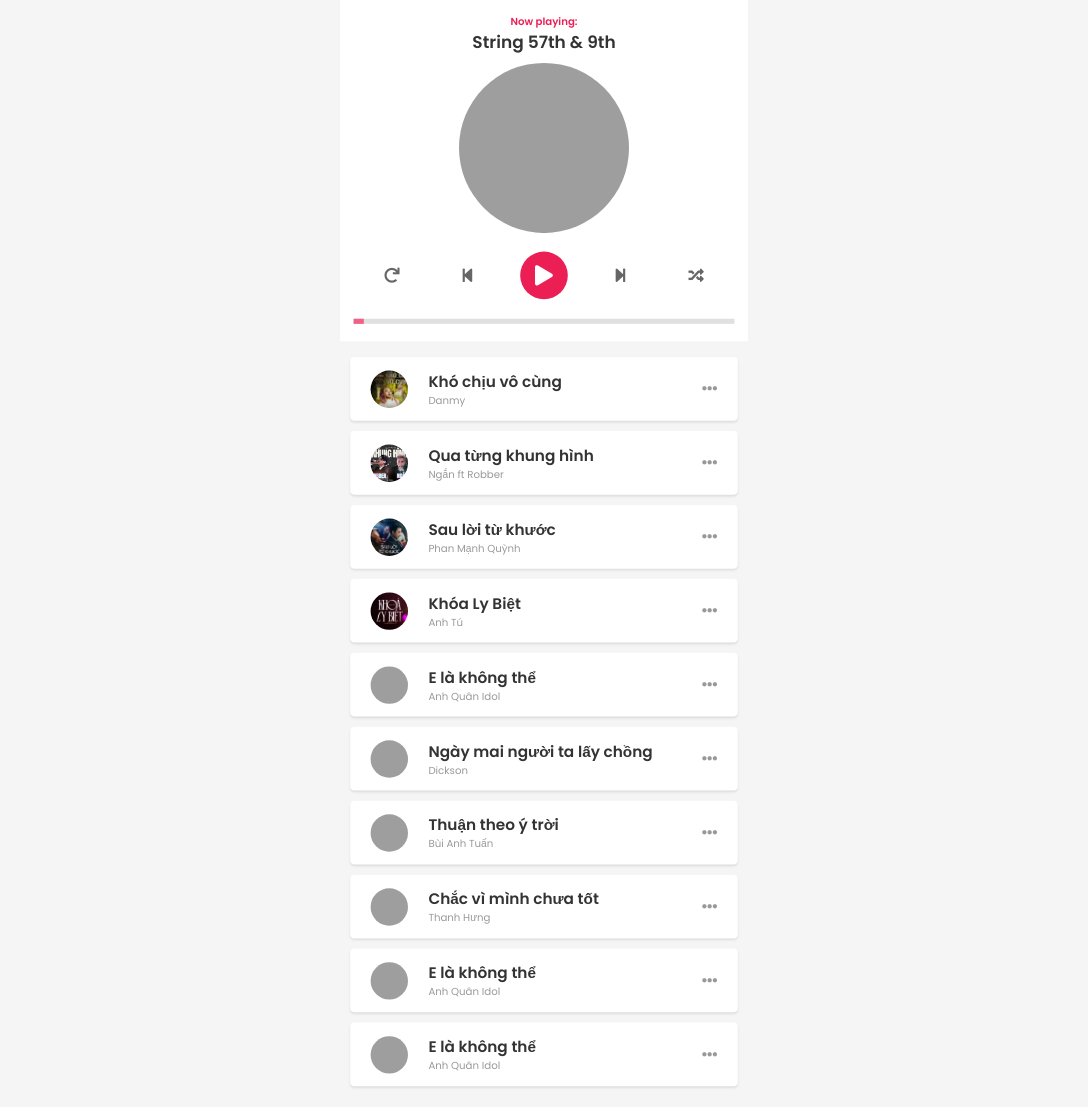
Repository: vothanhdiennn/music-player
Page: index.html
An editor plug-in stored every save of this project. The page is shown before and after the next save, followed by the edit.
The browser window is 1280 px wide. The pictures show the whole page, at 85% of full size.
Pictures or frames that could not be fetched are drawn as grey boxes.

Above is the page before, as saved 2024-12-04 09:38:55.

### index.html
<!DOCTYPE html>
<html lang="en">
  <head>
    <meta charset="UTF-8" />
    <meta name="viewport" content="width=device-width, initial-scale=1.0" />
    <title>Music Player</title>
    <link rel="stylesheet" href="./assets/css/main.css" />
    <link
      rel="stylesheet"
      href="https://cdnjs.cloudflare.com/ajax/libs/font-awesome/5.15.2/css/all.min.css"
      integrity="sha512-HK5fgLBL+xu6dm/Ii3z4xhlSUyZgTT9tuc/hSrtw6uzJOvgRr2a9jyxxT1ely+B+xFAmJKVSTbpM/CuL7qxO8w=="
      crossorigin="anonymous"
    />
    <link rel="preconnect" href="https://fonts.gstatic.com" />
    <link
      href="https://fonts.googleapis.com/css2?family=Poppins:wght@300;400;600&display=swap"
      rel="stylesheet"
    />
  </head>
  <body>
    <div class="player">
      <!-- Dashboard -->
      <div class="dashboard">
        <!-- Header -->
        <header>
          <h4>Now playing:</h4>
          <h2>String 57th & 9th</h2>
        </header>

        <!-- CD -->
        <div class="cd">
          <div
            class="cd-thumb"
            style="
              background-image: url('https://i.ytimg.com/vi/jTLhQf5KJSc/maxresdefault.jpg');
            "
          ></div>
        </div>

        <!-- Control -->
        <div class="control">
          <div class="btn btn-repeat">
            <i class="fas fa-redo"></i>
          </div>
          <div class="btn btn-prev">
            <i class="fas fa-step-backward"></i>
          </div>
          <div class="btn btn-toggle-play">
            <i class="fas fa-pause icon-pause"></i>
            <i class="fas fa-play icon-play"></i>
          </div>
          <div class="btn btn-next">
            <i class="fas fa-step-forward"></i>
          </div>
          <div class="btn btn-random">
            <i class="fas fa-random"></i>
          </div>
        </div>

        <input
          id="progress"
          class="progress"
          type="range"
          value="0"
          step="1"
          min="0"
          max="100"
        />

        <audio id="audio" src=""></audio>
      </div>

      <!-- Playlist -->
      <div class="playlist">
        <div class="song">
          <div
            class="thumb"
            style="
              background-image: url('https://i.ytimg.com/vi/jTLhQf5KJSc/maxresdefault.jpg');
            "
          ></div>
          <div class="body">
            <h3 class="title">Music name</h3>
            <p class="author">Singer</p>
          </div>
          <div class="option">
            <i class="fas fa-ellipsis-h"></i>
          </div>
        </div>
        <div class="song">
          <div
            class="thumb"
            style="
              background-image: url('https://i.ytimg.com/vi/jTLhQf5KJSc/maxresdefault.jpg');
            "
          ></div>
          <div class="body">
            <h3 class="title">Music name</h3>
            <p class="author">Singer</p>
          </div>
          <div class="option">
            <i class="fas fa-ellipsis-h"></i>
          </div>
        </div>
        <div class="song">
          <div
            class="thumb"
            style="
              background-image: url('https://i.ytimg.com/vi/jTLhQf5KJSc/maxresdefault.jpg');
            "
          ></div>
          <div class="body">
            <h3 class="title">Music name</h3>
            <p class="author">Singer</p>
          </div>
          <div class="option">
            <i class="fas fa-ellipsis-h"></i>
          </div>
        </div>
      </div>
    </div>

    <!-- Design from: https://static.collectui.com/shots/3671744/musicloud-revolutionary-app-for-music-streaming-large -->

    <script src="./assets/js/app.js"></script>
  </body>
</html>

### assets/css/main.css
:root {
  --primary-color: #ec1f55;
  --text-color: #333;
}

* {
  padding: 0;
  margin: 0;
  box-sizing: inherit;
}

body {
  background-color: #f5f5f5;
}

html {
  box-sizing: border-box;
  font-family: "Poppins", sans-serif;
}

.player {
  position: relative;
  max-width: 480px;
  margin: 0 auto;
}

.player .icon-pause {
  display: none;
}

.player.playing .icon-pause {
  display: inline-block;
}

.player.playing .icon-play {
  display: none;
}

.dashboard {
  padding: 16px 16px 14px;
  background-color: #fff;
  position: fixed;
  top: 0;
  width: 100%;
  max-width: 480px;
  border-bottom: 1px solid #ebebeb;
}

/* HEADER */
header {
  text-align: center;
  margin-bottom: 10px;
}

header h4 {
  color: var(--primary-color);
  font-size: 12px;
}

header h2 {
  color: var(--text-color);
  font-size: 20px;
}

/* CD */
.cd {
  display: flex;
  margin: auto;
  width: 200px;
}

.cd-thumb {
  width: 100%;
  padding-top: 100%;
  border-radius: 50%;
  background-color: #333;
  background-size: cover;
  margin: auto;
}

/* CONTROL */
.control {
  display: flex;
  align-items: center;
  justify-content: space-around;
  padding: 18px 0 8px 0;
}

.control .btn {
  color: #666;
  padding: 18px;
  font-size: 18px;
}

.control .btn.active {
  color: var(--primary-color);
}

.control .btn-toggle-play {
  width: 56px;
  height: 56px;
  border-radius: 50%;
  font-size: 24px;
  color: #fff;
  display: flex;
  align-items: center;
  justify-content: center;
  background-color: var(--primary-color);
}

.progress {
  width: 100%;
  -webkit-appearance: none;
  height: 6px;
  background: #d3d3d3;
  outline: none;
  opacity: 0.7;
  -webkit-transition: 0.2s;
  transition: opacity 0.2s;
}

.progress::-webkit-slider-thumb {
  -webkit-appearance: none;
  appearance: none;
  width: 12px;
  height: 6px;
  background-color: var(--primary-color);
  cursor: pointer;
}

/* PLAYLIST */
.playlist {
  margin-top: 408px;
  padding: 12px;
}

.song {
  display: flex;
  align-items: center;
  margin-bottom: 12px;
  background-color: #fff;
  padding: 8px 16px;
  border-radius: 5px;
  box-shadow: 0 2px 3px rgba(0, 0, 0, 0.1);
}

.song.active {
  background-color: var(--primary-color);
}

.song:active {
  opacity: 0.8;
}

.song.active .option,
.song.active .author,
.song.active .title {
  color: #fff;
}

.song .thumb {
  width: 44px;
  height: 44px;
  border-radius: 50%;
  background-size: cover;
  margin: 0 8px;
}

.song .body {
  flex: 1;
  padding: 0 16px;
}

.song .title {
  font-size: 18px;
  color: var(--text-color);
}

.song .author {
  font-size: 12px;
  color: #999;
}

.song .option {
  padding: 16px 8px;
  color: #999;
  font-size: 18px;
}

### assets/js/app.js
/**
 * render songs
 * scroll top
 * play / pause / seek
 * cd rotate
 * next / prev
 * random
 * next / repeat when ended
 * active songs
 * scroll active song into view
 * play song when click
 */

const $ = document.querySelector.bind(document);
const $$ = document.querySelectorAll.bind(document);

const app = {
  songs: [
    {
      name: "Khó chịu vô cùng",
      singer: "Danmy",
      path: "/assets/music/song1.mp3",
      image: "/assets/img/img1.png",
    },
    {
      name: "Qua từng khung hình",
      singer: "Ngắn ft Robber",
      path: "/assets/music/song2.mp3",
      image: "/assets/img/img2.png",
    },
    {
      name: "Sau lời từ khước",
      singer: "Phan Mạnh Quỳnh",
      path: "/assets/music/song3.mp3",
      image: "/assets/img/img3.jpg",
    },
    {
      name: "Khóa Ly Biệt",
      singer: "Anh Tú",
      path: "/assets/music/song4.mp3",
      image: "/assets/img/img4.jpg",
    },
    {
      name: "E là không thể",
      singer: "Anh Quân Idol",
      path: "/assets/music/song5.mp3",
      image: "/assets/img/img5.jpg",
    },
    {
      name: "Ngày mai người ta lấy chồng",
      singer: "Dickson",
      path: "/assets/music/song6.mp3",
      image: "/assets/img/img5.jpg",
    },
    {
      name: "Thuận theo ý trời",
      singer: "Bùi Anh Tuấn",
      path: "/assets/music/song7.mp3",
      image: "/assets/img/img5.jpg",
    },
    {
      name: "Chắc vì mình chưa tốt",
      singer: " Thanh Hưng",
      path: "/assets/music/song8.mp3",
      image: "/assets/img/img5.jpg",
    },
    {
      name: "E là không thể",
      singer: "Anh Quân Idol",
      path: "/assets/music/song9.mp3",
      image: "/assets/img/img5.jpg",
    },
    {
      name: "E là không thể",
      singer: "Anh Quân Idol",
      path: "/assets/music/song10.mp3",
      image: "/assets/img/img5.jpg",
    },
  ],

  render: function () {
    const htmls = this.songs.map((song) => {
      return `
      <div class="song">
          <div
            class="thumb"
            style="background-image: url('${song.image}')">
          </div>
          <div class="body">
            <h3 class="title">${song.name}</h3>
            <p class="author">${song.singer}</p>
          </div>
          <div class="option">
            <i class="fas fa-ellipsis-h"></i>
          </div>
        </div>
      `;
    });
    $(".playlist").innerHTML = htmls.join("");
  },

  start: function () {
    this.render();
  },
};
app.start();

After the next save:
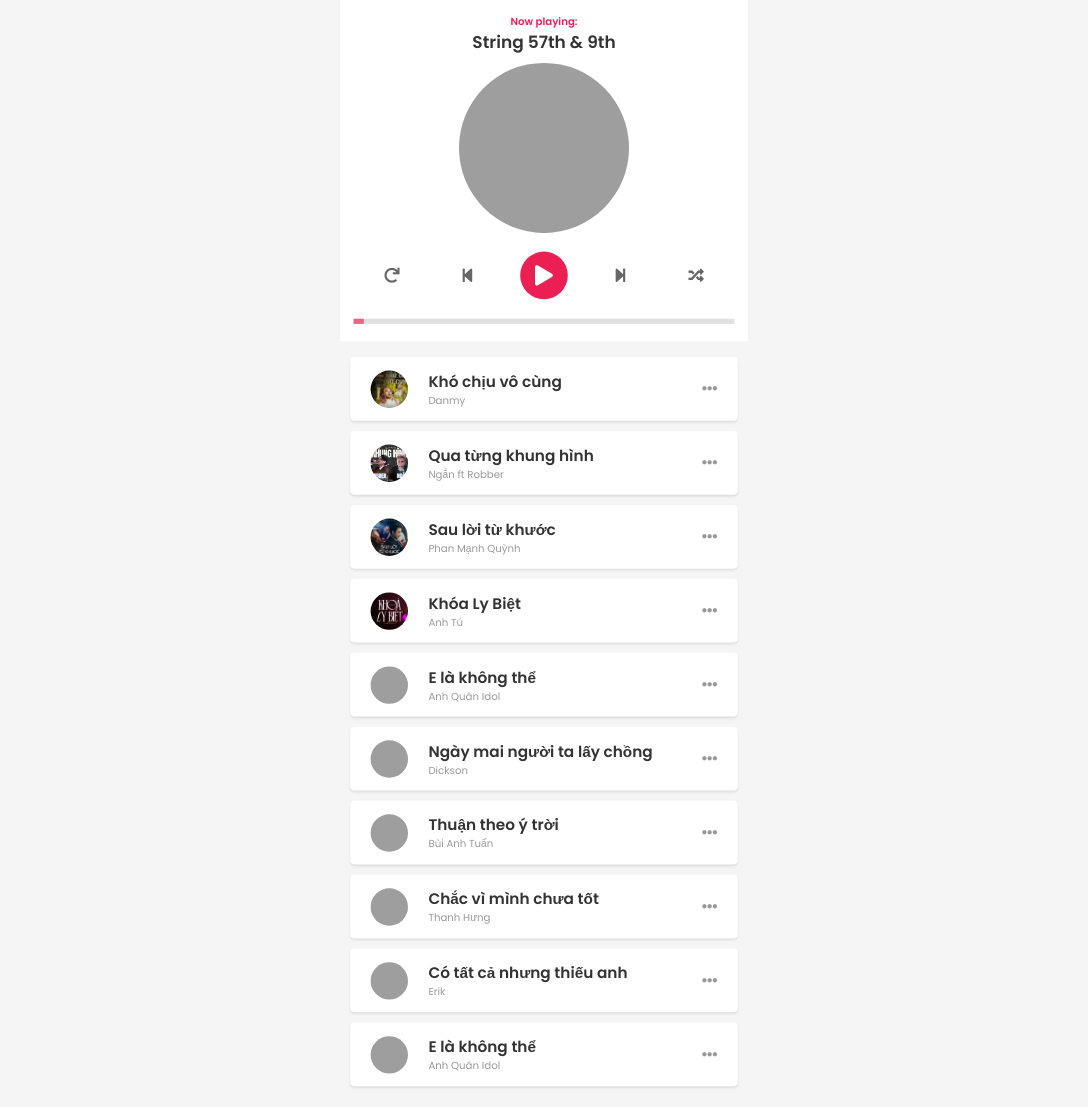
Saved 2 min 35 s later.
--- a/assets/js/app.js
+++ b/assets/js/app.js
@@ -65,8 +65,8 @@
       image: "/assets/img/img5.jpg",
     },
     {
-      name: "E là không thể",
-      singer: "Anh Quân Idol",
+      name: "Có tất cả nhưng thiếu anh",
+      singer: "Erik",
       path: "/assets/music/song9.mp3",
       image: "/assets/img/img5.jpg",
     },
